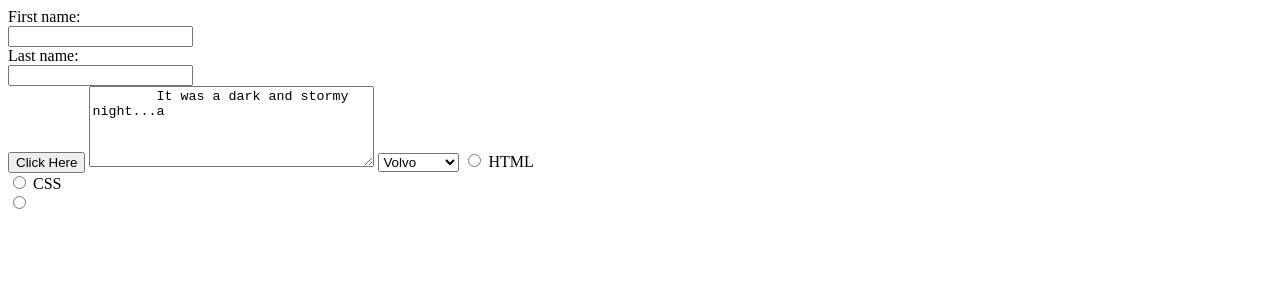
Repository: KANNAHWORLD/201Work
Page: lab9/Lab11/src/main/webapp/lab11.html
These files come from the project's save history. The page is drawn as it stood at one moment and after the next save; the edit follows.
The browser window is 1280 px wide. The pictures show the whole page.

Above is the page before, as saved 2022-11-16 20:54:43.

After the next save:
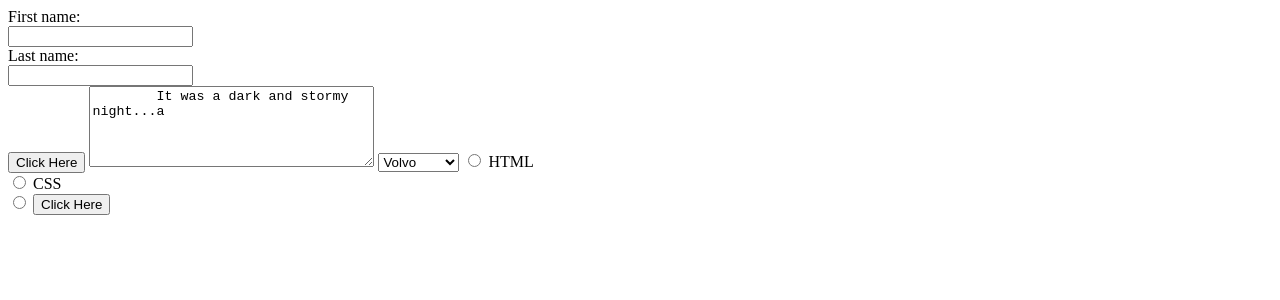
Saved 45 s later.
--- a/lab9/Lab11/src/main/webapp/lab11.html
+++ b/lab9/Lab11/src/main/webapp/lab11.html
@@ -35,6 +35,8 @@
 		<label for="css">CSS</label><br>
 	<input type="radio" id="javascript" name="fav_language" value="JavaScript">
 
+  	<input type = "submit" value = "Click Here" >
+
 </form>
 
 </body>
